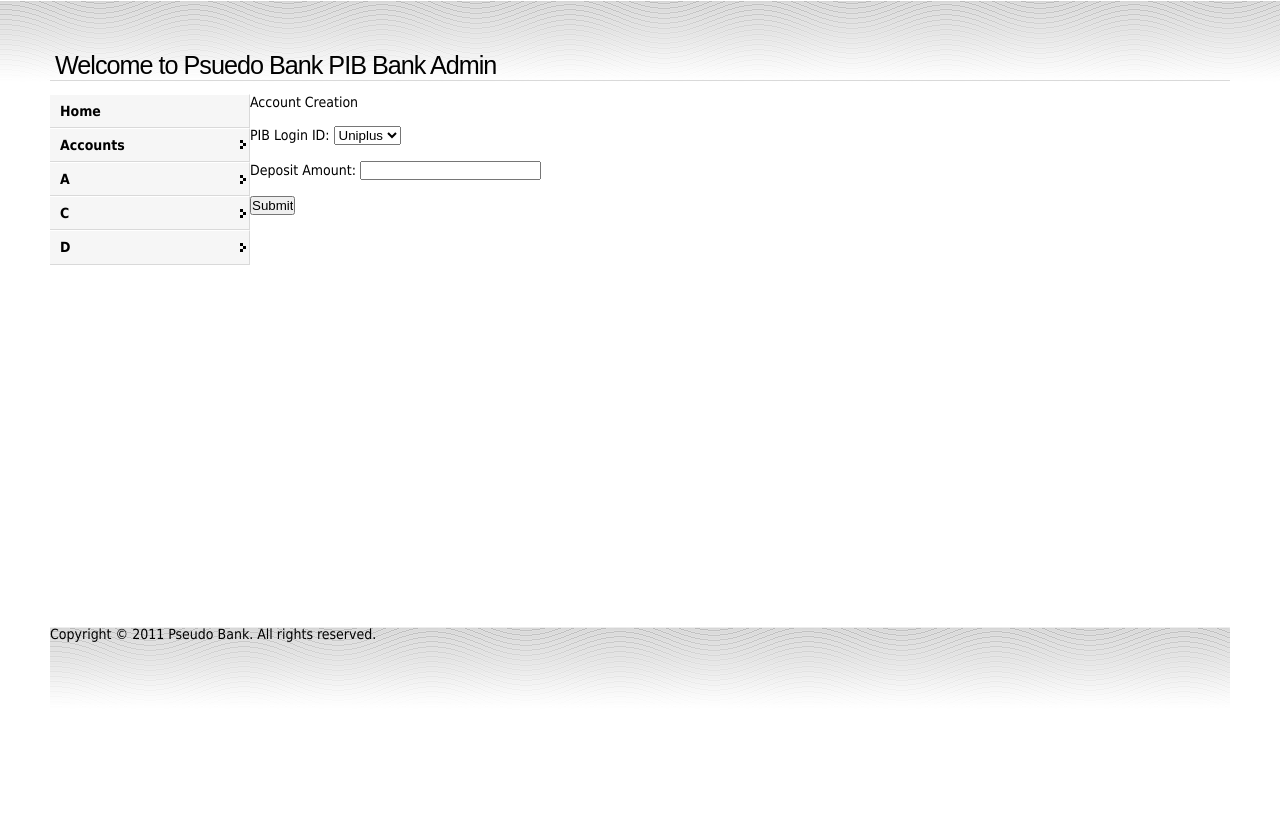
Repository: hareth12/Final-Year-Project
Page: http://localhost/bankAdmin/Account/L2/accountActivation1.jsp
These files come from the project's save history. The page is drawn as it stood at one moment and after the next save; the edit follows.
The browser window is 1280 px wide. The pictures show the whole page.
The page is served by Tomcat 9. Other server files are loaded and not shown.

Above is the page before, as saved 2011-09-30 06:04:06.

### bankAdmin/WebContent/Account/L2/accountActivation1.jsp
<!DOCTYPE html PUBLIC "-//W3C//DTD XHTML 1.0 Transitional//EN" "http://www.w3.org/TR/xhtml1/DTD/xhtml1-transitional.dtd">
<html xmlns="http://www.w3.org/1999/xhtml" xml:lang="en" lang="en">
<head>
<title>Psuedo Bank Personal Internal Banking</title>
<meta http-equiv="Content-Type" content="text/html; charset=utf-8" />
<meta name="author" content="Tom@Lwis (http://www.lwis.net/free-css-drop-down-menu/)" />
<meta name="keywords" content="css, dropdowns, dropdown menu, drop-down, menu, navigation, nav, horizontal, vertical left-to-right, vertical right-to-left, horizontal linear, horizontal upwards, cross browser, internet explorer, ie, firefox, safari, opera, browser, lwis" />
<meta name="description" content="Simple vertical left-to-right direction css drop-down menu demo using clean, standards-friendly, free, easy, cross browser framework for css drop-down menus" />
<link href="/bankAdmin/asset/secured/helper.css" media="screen" rel="stylesheet" type="text/css" />

<style type="text/css">

/* Layout */
@import "/bankAdmin/asset/secured/dropdown.css";
@import "/bankAdmin/asset/secured/dropdown.vertical.css";

/* Theme */
@import "/bankAdmin/asset/secured/default.css";

</style>


</head>
<body>
<div id="wrap">  <!-- This wrap div needs to encompass everything except the footer div at bottom -->
<h1>Welcome to Psuedo Bank PIB Bank Admin</h1>

<ul id="nav" class="dropdown dropdown-vertical">
    <li><a href="#">Home</a></li>
    <li class="dir">Accounts
        <ul>
            <li><a href="/bankAdmin/AccountCreation">Accounts Creation</a></li>
            <li><a href="#">Accounts Enquiry</a></li>
                <ul>
                    <li><a href="./">1</a></li>
                    <li><a href="./">2</a></li>
                    <li><a href="./">3</a></li>
                    <li><a href="./">4</a></li>
                    <li><a href="./">5</a></li>
                </ul>
            </li>
        </ul>
    </li>
    <li class="dir">A
        <ul>
            <li><a href="#">1</a></li>
            <li><a href="#">2</a></li>
            <li><a href="#">3</a></li>
        </ul>
    </li>
    <li class="dir">C
        <ul>
            <li><a href="./">1</a></li>
            <li><a href="./">2</a></li>
            <li><a href="./">3</a></li>
        </ul>
    </li>
    <li class="dir">D</a>
        <ul>
            <li><a href="./">1</a></li>
        </ul>
    </li>
</ul>
	<div id="main">
	Account Creation
	<br></br>

		<form name="input" action="/bankAdmin/AccountActivation2" method="post">
		PIB Login ID: <select name="accountType">
				  <option value="Uniplus">Uniplus</option>
				</select> <br></br>
		Deposit Amount: <input type="text" name="deposit" /> <br></br>
		<input type="submit" value="Submit" />
		</form>




	</div>

</div>

<div class="footer">
	<div id="foot"> <!-- this extra div is just centering the fixed width area of the footer content -->

    <p>Copyright &copy; 2011 Pseudo Bank. All rights reserved.</p>
    </div>
</div>

</body>


</html>

### bankAdmin/WebContent/asset/secured/helper.css

* {
 margin: 0;
 padding: 0;
}

body {
 padding: 50px;
 border-top: solid 1px #fff;
 background: #fff url(images/pattern1.png) 0 0 repeat-x;
 font: 14px/normal Tahoma, Arial, Helvetica, sans-serif;
}

html, body{height: 100%;}

#wrap {min-height: 80%;}

#main {overflow:auto;
    padding-bottom: 20%;}  /* must be same height as the footer */

footer {

 position: relative;
 margin-top: -20%;
 height: 20%;
 clear:both;
 text-align: center;
 width:100%;
}

/* Footer */
#footer {background: #444444 url('images/footer.gif') repeat-x;color:#ffffff;font-size:11px;font-family:Verdana, Arial, sans-serif}
#footer2 {background-color: #444444;color:#ffffff;font-size:11px;font-family:Verdana, Arial, sans-serif;height:140px}
#footer a, #footer2 a {color:#ffffff;text-decoration:underline}
#footer a:hover, #footer2 a:hover {color:#804249;text-decoration:underline}
#footer a:visited, #footer2 a:visited  {color:#ffffff;text-decoration:underline}
#footer p, #footer2 p {margin:0 0 15px 0}
#footer p.axe img, #footer2 p.axe img {margin-bottom:-7px}
#foot {width:100%;margin:0 auto;background: url('images/pattern1.png') repeat-x;height:140px;line-height:1.1em;padding: 0;}
#foot2 {width:800px;margin:0 auto;height:140px;line-height:1.1em;padding:0 10px 0 10px}
#foot #left {width:400px;float:left;padding-top:72px}
#foot #right {width:250px;float:right;text-align:right;padding-top:72px}
#foot2 #left {width:450px;float:left;padding-top:45px}
#foot2 #right {width:250px;float:right;text-align:right;padding-top:45px}

.clearfix:after {content: ".";display: block;height: 0;clear: both;visibility: hidden}
.clearfix {display: inline-block}
* html .clearfix {height: 1%}
.clearfix {display: block}


p { margin-bottom: 1em; }

ul.classic {
 list-style: disc;
 margin-bottom: 1em;
 padding-left: 2em;
}

h1,h2,h3 {
 margin-bottom: .5em;
 font-family: Arial, Helvetica, sans-serif;
 line-height: normal;
}

h1 {
 border-bottom: solid 1px #d9d9d9;
 font-weight: normal;
 font-size: 180%;
 text-indent: 5px;
 letter-spacing: -1px;
}

.dropdown-upward {
 margin-top: 400px !important;
}

### bankAdmin/WebContent/asset/secured/dropdown.css
@charset "UTF-8";

/**
 * Horizontal CSS Drop-Down Menu Module
 *
 * @file        dropdown.css
 * @package     Dropdown
 * @version     0.7.1
 * @type        Transitional
 * @stacks      597-599
 * @browsers    Windows: IE6+, Opera7+, Firefox1+
 *              Mac OS: Safari2+, Firefox2+
 *
 * @link        http://www.lwis.net/
 * @copyright   2006-2008 Live Web Institute. All Rights Reserved.
 *
 */

ul.dropdown,
ul.dropdown li,
ul.dropdown ul {
 list-style: none;
 margin: 0;
 padding: 0;
}

ul.dropdown {
 position: relative;
 z-index: 597;
 float: left;
}

ul.dropdown li {
 float: left;
 line-height: 1.3em;
 vertical-align: middle;
 zoom: 1;
}

ul.dropdown li.hover,
ul.dropdown li:hover {
 position: relative;
 z-index: 599;
 cursor: default;
}

ul.dropdown ul {
 visibility: hidden;
 position: absolute;
 top: 100%;
 left: 0;
 z-index: 598;
 width: 100%;
}

ul.dropdown ul li {
 float: none;
}

ul.dropdown ul ul {
 top: 1px;
 left: 99%;
}

ul.dropdown li:hover > ul {
 visibility: visible;
}

### bankAdmin/WebContent/asset/secured/dropdown.vertical.css
@charset "UTF-8";

/**
 * Vertical Left-to-Right Direction CSS Drop-Down Menu Component
 *
 * @file		dropdown.vertical.css
 * @package		Dropdown
 * @version		0.3
 * @type		Transitional
 * @requires	dropdown.css
 * @browsers	Windows: IE5+, Opera7+, Firefox1+
 *				Mac OS: Safari2+, Firefox2+
 *
 * @link		http://www.lwis.net/
 * @copyright	2006-2008 Live Web Institute. All Rights Reserved.
 *
 */

@import "dropdown.css";

ul.dropdown-vertical {
 width: 200px;
}

ul.dropdown-vertical ul {
 top: 1px;
 left: 99%;
}

ul.dropdown-vertical li {
 float: none;
}

### bankAdmin/WebContent/asset/secured/default.css
@charset "UTF-8";

/**
 * Default CSS Drop-Down Menu Theme
 *
 * @file		default.css
 * @name		Default
 * @version		0.1.1
 * @type		transitional
 * @browsers	Windows: IE5+, Opera7+, Firefox1+
 *				Mac OS: Safari2+, Firefox2+
 *
 * @link		http://www.lwis.net/
 * @copyright	2008 Live Web Institute. All Rights Reserved.
 *
 * Module Classes: *.dir {} *.on {} *.open {} li.hover {} li.first {} li.last {}
 * Expected directory tag - li
 *
 */


/*-------------------------------------------------/
 * @section		Base Drop-Down Styling
 * @structure	ul (unordered list)
 *				ul li (list item)
 *				ul li a (links)
 *				/*\.class|(li|a):hover/
 * @level sep	ul
 */


ul.dropdown {
 font-weight: bold;
}

	ul.dropdown li {
	 padding: 7px 10px;
	 border-style: solid;
	 border-width: 1px 1px 1px 0;
	 border-color: #fff #d9d9d9 #d9d9d9;
	 background-color: #f6f6f6;
	 color: #000;
	}

	ul.dropdown li.hover,
	ul.dropdown li:hover {
	 background-color: #eee;
	 color: #000;
	}

	ul.dropdown a:link,
	ul.dropdown a:visited	{ color: #000; text-decoration: none; }
	ul.dropdown a:hover		{ color: #000; }
	ul.dropdown a:active	{ color: #ffa500; }


	/* -- level mark -- */

	ul.dropdown ul {
	 width: 150px;
	 margin-top: 1px;
	}

		ul.dropdown ul li {
		 font-weight: normal;
		}



/*-------------------------------------------------/
 * @section		Support Class `dir`
 * @level sep	ul, .class
 */


ul.dropdown *.dir {
 padding-right: 20px;
 background-image: url(../secured/images/nav-arrow-down.png);
 background-position: 100% 50%;
 background-repeat: no-repeat;
}


/* -- Components override -- */

ul.dropdown-horizontal ul *.dir {
 padding-right: 15px;
 background-image: url(../secured/images/nav-arrow-right.png);
 background-position: 100% 50%;
 background-repeat: no-repeat;
}

ul.dropdown-upward *.dir {
 background-image: url(../secured/images/nav-arrow-top.png);
}

ul.dropdown-vertical *.dir,
ul.dropdown-upward ul *.dir {
 background-image: url(../secured/images/nav-arrow-right.png);
}

ul.dropdown-vertical-rtl *.dir {
 padding-right: 10px;
 padding-left: 15px;
 background-image: url(../secured/images/nav-arrow-left.png);
 background-position: 0 50%;
}

After the next save:
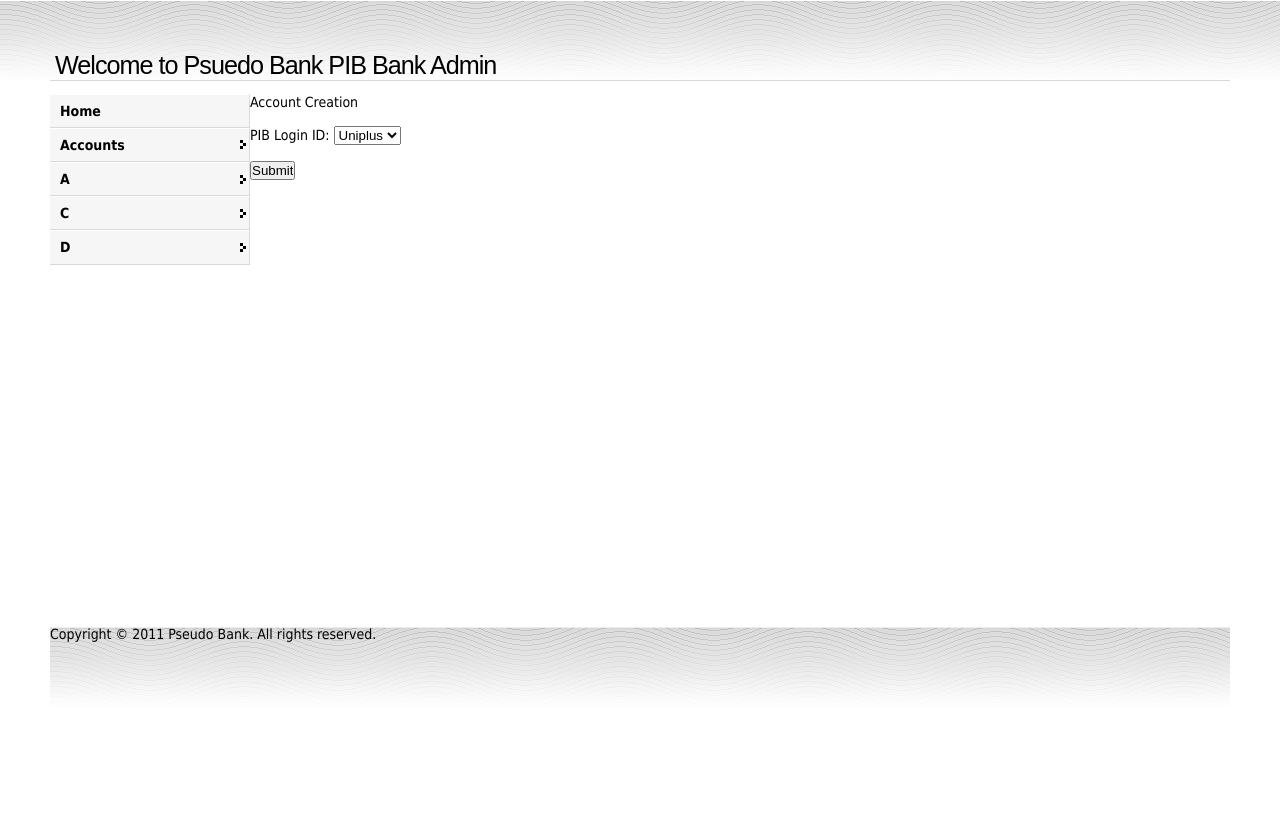
Saved 7 s later.
--- a/bankAdmin/WebContent/Account/L2/accountActivation1.jsp
+++ b/bankAdmin/WebContent/Account/L2/accountActivation1.jsp
@@ -69,7 +69,7 @@
 		PIB Login ID: <select name="accountType">
 				  <option value="Uniplus">Uniplus</option>
 				</select> <br></br>
-		Deposit Amount: <input type="text" name="deposit" /> <br></br>
+
 		<input type="submit" value="Submit" />
 		</form>
 
